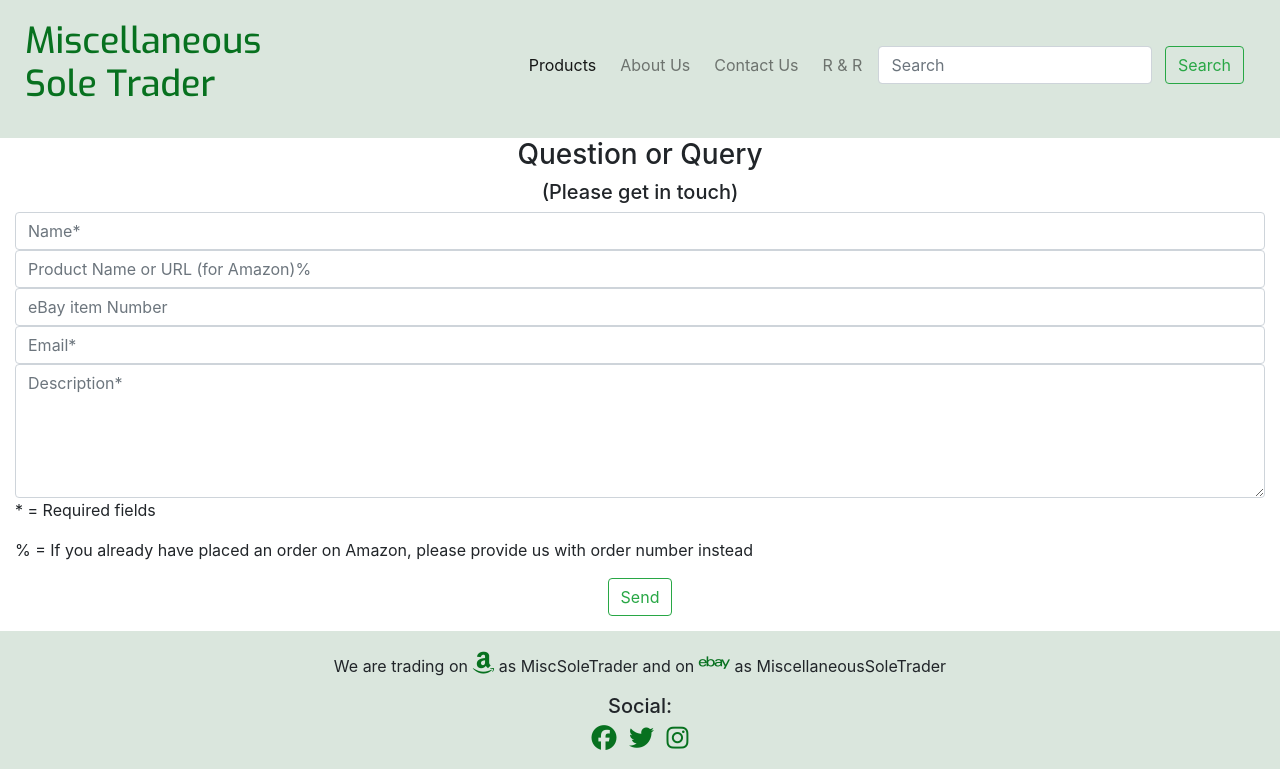
Repository: Code-Institute-Submissions/MilestoneProjectMST
Page: contact.html
The author's editor kept a record of every edit. The page is drawn from the files as they stood at one moment, then again after the next edit.
The browser window is 1280 px wide. The pictures show the whole page.
Some web libraries are served in a nearby version.

Above is the page before.
Console error: TypeError: Cannot read properties of undefined (reading 'fn')

### contact.html
<!DOCTYPE html>
<html lang="en">

<head>
    <meta charset="UTF-8">
    <meta name="viewport" content="width=device-width, initial-scale=1.0">
    <meta http-equiv="X-UA-Compatible" content="ie=edge">
    <link rel="stylesheet" href="support/style.css" type="text/css" />
    <link rel="stylesheet" href="https://stackpath.bootstrapcdn.com/bootstrap/4.3.1/css/bootstrap.min.css" integrity="sha384-ggOyR0iXCbMQv3Xipma34MD+dH/1fQ784/j6cY/iJTQUOhcWr7x9JvoRxT2MZw1T" crossorigin="anonymous">
    <script src="https://stackpath.bootstrapcdn.com/bootstrap/4.3.1/js/bootstrap.min.js" integrity="sha384-JjSmVgyd0p3pXB1rRibZUAYoIIy6OrQ6VrjIEaFf/nJGzIxFDsf4x0xIM+B07jRM" crossorigin="anonymous"></script>
    <script src="https://kit.fontawesome.com/011e87d520.js"></script>
    <link rel="stylesheet" href="https://cdnjs.cloudflare.com/ajax/libs/hover.css/2.3.1/css/hover-min.css" type="text/css" />
    <title>MiscSoleTrader</title>
</head>

<body>
    <header class="header-background">
        <div class="row no-gutters header-background">
            <a href="index.html" class="col">
                <h1 class="hdr-title-color">Miscellaneous<br> Sole Trader</h1>
            </a>
            <div>
                <nav class="navbar navbar-inverse navbar-expand-lg navbar-expand-md navbar-light nav-background">
                    <button class="navbar-toggler" type="button" data-toggle="collapse" data-target="#navbarSupportedContent" aria-controls="navbarSupportedContent" aria-expanded="false" aria-label="Toggle navigation">
                        <span class="navbar-toggler-icon"></span>
                    </button>
                    <div class="collapse navbar-collapse" id="navbarSupportedContent">
                        <ul class="nav navbar-nav mr-auto navbar-right">
                            <li class="nav-item active mr-2">
                                <a class="nav-link" href="index.html">Products<span class="sr-only">(current)</span></a>
                            </li>
                            <li class="nav-item mr-2">
                                <a class="nav-link" href="about.html">About Us</a>
                            </li>
                            <li class="nav-item mr-2">
                                <a class="nav-link" href="contact.html">Contact Us</a>
                            </li>
                            <li class="nav-item mr-2">
                                <a class="nav-link" href="delretref.html" title= "Return & Refund">R & R</a>
                            </li>
                        </ul>
                        <form class="form-inline d-none d-lg-block my-2 my-lg-0">
                            <input class="form-control mr-sm-2" type="search" placeholder="Search" aria-label="Search">
                            <button class="btn btn-outline-success my-2 my-sm-0" type="submit">Search</button>
                        </form>
                    </div>

                </nav>
            </div>
        </div>
    </header>

    <section class="container-fluid" id="container">
        <div class="row" id="main">
            <div class="col">
                <h3 class="contact-heading uppercase text-center">Question or Query</h3>
                <h5 class="contact-caption text-center">(Please get in touch)</h5>

                <div class="center-form ">
                    <form>
                        <input type="text" name="name" id="fullname" class="form-control" placeholder="Name*" required />
                        <input type="text" name="name" id="fullname" class="form-control" placeholder="Product Name or URL (for Amazon)%" />
                        <input type="text" name="name" id="fullname" class="form-control" placeholder="eBay item Number" />
                        <input type="email" name="email" id="emailaddress" class="form-control" placeholder="Email*" required />
                        <textarea rows="5" name="projectsummary" id="projectsummary" class="form-control" placeholder="Description*" required></textarea>
                        <p> * = Required fields</p>
                        <p> % = If you already have placed an order on Amazon, please provide us with order number instead</p>
                        <div class="form-row text-center">
                            <div class="col">
                                <button type="submit" class="btn btn-outline-success">Send</button>
                            </div>
                        </div>
                    </form>
                </div>

            </div>
        </div>

    </section>
    <footer class="container-fluid footer-container" id="footer">
        <div id="footer-details" class="row footer-text">
            <div class="col-sm col-md col-lg">
                <p class="inline-block">
                    We are trading on <i class="fab fa-amazon"></i> as MiscSoleTrader and on <i class="fab fa-ebay"></i> as MiscellaneousSoleTrader
                </p>
            <!--</div>-->

            <!--<div class="col-sm-6 col-md-6">-->
                <h5 class="uppercase general-sub">Social: </h5>
                <ul class="list-inline social-links">
                    <li class="list-inline-item">
                        <a target="_blank" href="#" title= "Miscellaneous Sole Trader">
                            <i class="fab fa-facebook" aria-hidden="true"></i>
                            <span class="sr-only">Facebook</span>
                        </a>
                    </li>
                    <li class="list-inline-item">
                        <a target="_blank" href="#">
                            <i class="fab fa-twitter" aria-hidden="true"></i>
                            <span class="sr-only">Twitter</span>
                        </a>
                    </li>
                    <li class="list-inline-item">
                        <a target="_blank" href="#" title= "misc_sole_trade">
                            <i class="fab fa-instagram" aria-hidden="true"></i>
                            <span class="sr-only">Instagram</span>
                        </a>
                    </li>
                </ul>
            </div>
        </div>
    </footer>
            <script src="https://code.jquery.com/jquery-3.3.1.slim.min.js " integrity="sha384-q8i/X+965DzO0rT7abK41JStQIAqVgRVzpbzo5smXKp4YfRvH+8abtTE1Pi6jizo " crossorigin="anonymous "></script>
    <script src="https://cdnjs.cloudflare.com/ajax/libs/popper.js/1.14.7/umd/popper.min.js " integrity="sha384-UO2eT0CpHqdSJQ6hJty5KVphtPhzWj9WO1clHTMGa3JDZwrnQq4sF86dIHNDz0W1 " crossorigin="anonymous "></script>
    <script src="https://stackpath.bootstrapcdn.com/bootstrap/4.3.1/js/bootstrap.min.js " integrity="sha384-JjSmVgyd0p3pXB1rRibZUAYoIIy6OrQ6VrjIEaFf/nJGzIxFDsf4x0xIM+B07jRM " crossorigin="anonymous "></script>
</body>

</html>

### support/style.css
@import url('https://fonts.googleapis.com/css?family=Roboto:100,200,300,400,500,600,700|Exo:100,200,300,400,500,600,700|Abel:100,200,300,400,500,600,700');

/*--------------------------------------------------------------------------Header--*/

/*--------------------------------------------------Title--*/

header {
    margin: 0;
}

.hdr-title-color {
    font-family: "Exo",sans-serif;
    font-size: 36px;
    color: #07711f;
    /*background-color: #dae6dd;*/
    text-align: left;
    width: 100%;
    min-height: 90px;
    padding-left: 5px;
    text-decoration: none;
    /*padding-top: 5px;*/
}

.nav-background {
    min-height: 90px;
}

.header-background {
    background-color: #dae6dd;
    padding: 10px;
}

.navbar {
    align-items: right;
}

/*--------------------------------------------------------------------------Footer--*/

.footer-text {
    text-align: center;
    background-color: #dae6dd;
    margin-top: 15px;
    padding-top: 20px;
}

.footer-text i {
    color: #07711f;
    font-size: 25px;
    /*margin-top: 15px;*/
    /*padding-top: 20px;*/
}

/*--------------------------------------------------------------------Media Query--*/

@media (min-width: 920px)
.navbar-expand-md .navbar-nav {
    display: flex;
    flex-direction: column ;
}

After the next edit:
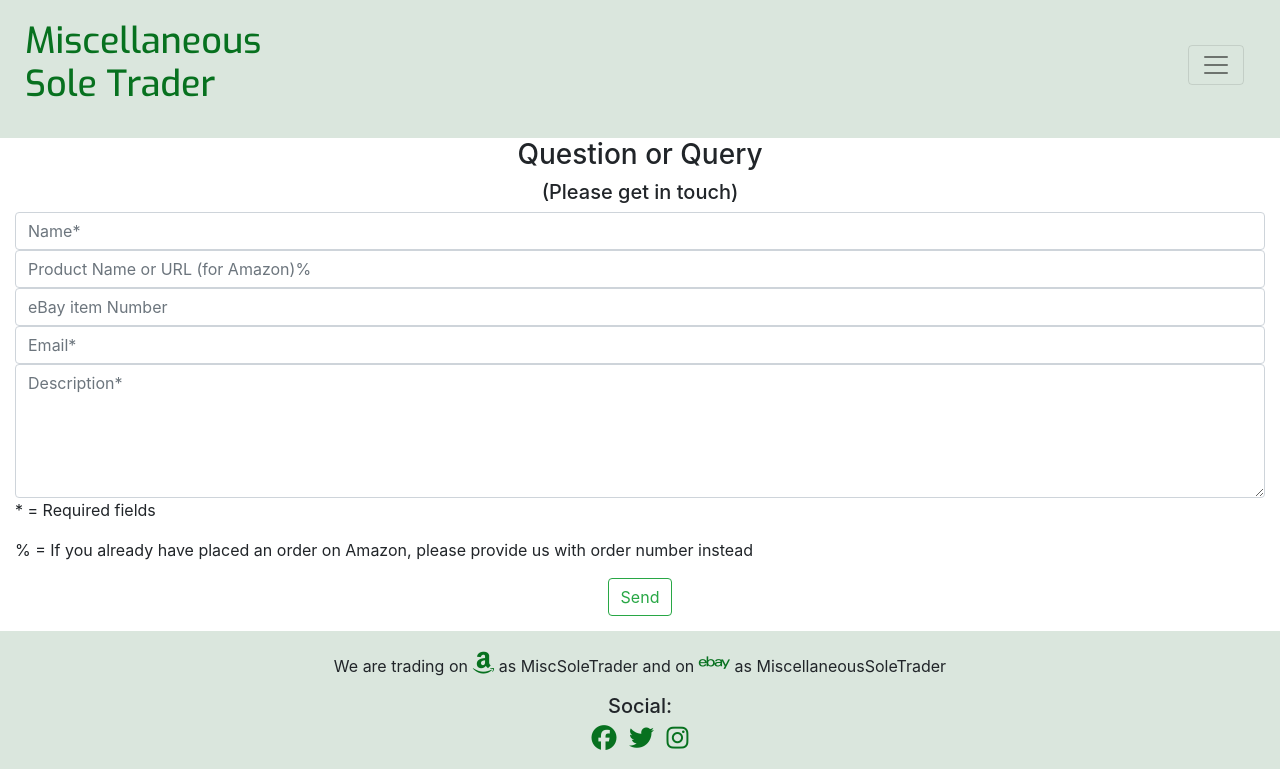
The edit:
--- a/contact.html
+++ b/contact.html
@@ -20,7 +20,7 @@
                 <h1 class="hdr-title-color">Miscellaneous<br> Sole Trader</h1>
             </a>
             <div>
-                <nav class="navbar navbar-inverse navbar-expand-lg navbar-expand-md navbar-light nav-background">
+                <nav class="navbar navbar-inverse navbar-light nav-background navbar-fixed-top">
                     <button class="navbar-toggler" type="button" data-toggle="collapse" data-target="#navbarSupportedContent" aria-controls="navbarSupportedContent" aria-expanded="false" aria-label="Toggle navigation">
                         <span class="navbar-toggler-icon"></span>
                     </button>
